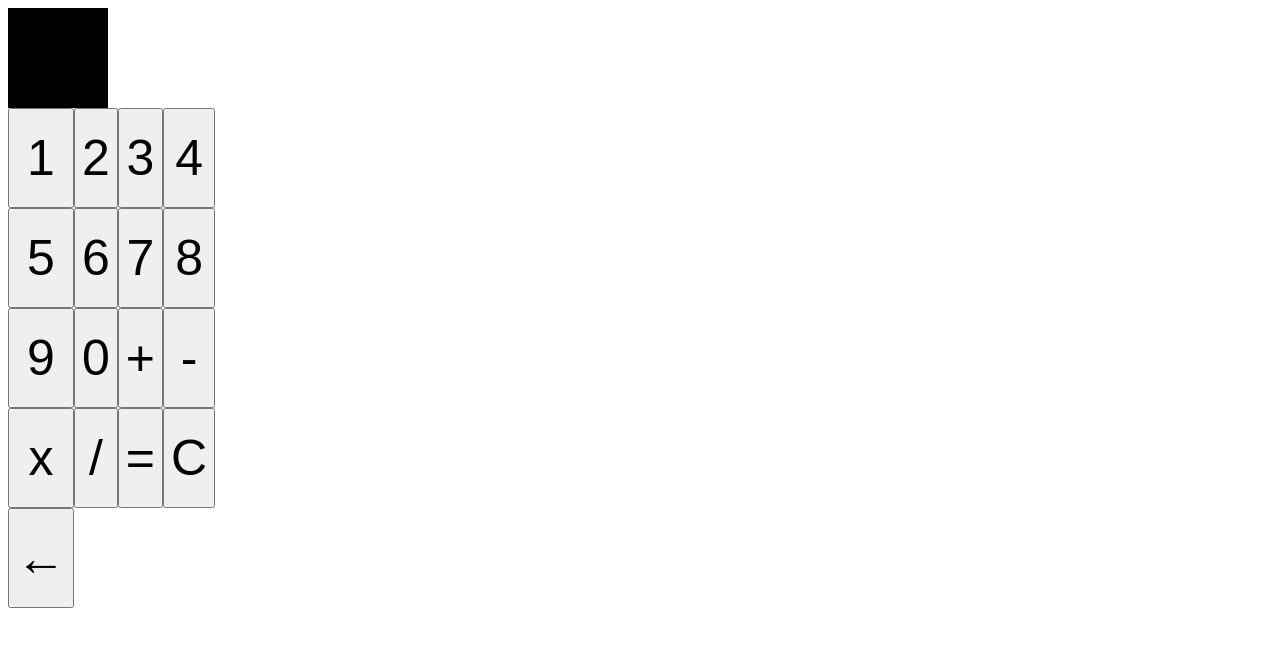
Repository: TEazy2433/LAB-calculator
Page: index.html
The author's editor kept a copy of each file at every save. The page is drawn from the files as they stood at one save, then again after the next save.
The browser window is 1280 px wide. The pictures show the whole page.

Above is the page before, as saved 2023-10-13 17:59:29.

### index.html
<!DOCTYPE html>
<html lang="en">
<head>
  <meta charset="UTF-8">
  <meta name="viewport" content="width=device-width, initial-scale=1.0">
  <title>calculator</title>
  <link rel="stylesheet" href="main.css">
</head>
<body>

  <div class="calculator">
    <div class="display">1</div>
    <div class="buttons">
      <button class="key">1</button>
      <button class="key">2</button>
      <button class="key">3</button>
      <button class="key">4</button>
      <button class="key">5</button>
      <button class="key">6</button>
      <button class="key">7</button>
      <button class="key">8</button>
      <button class="key">9</button>
      <button class="zero">0</button>
      <button class="operator">+</button>
      <button class="operator">-</button>
      <button class="operator">x</button>
      <button class="operator">/</button>
      <button class="operator">=</button>
      <button class="clear">C</button>
      <button class="Arrow">&#8592;</button>



    </div>
  </div>


</body>
</html>

### main.css
.calculator{
  width:100px;
}

.display{
  width: 100%;
  height: 100px;
  background: black;
  flex-wrap: flex;
  border: none;
}
.buttons{
  display: grid;
  grid-template-columns: repeat(4, 1fr);
  height: 500px;
  width: 800x;
}
button{
  font-size: 50px;
}

After the next save:
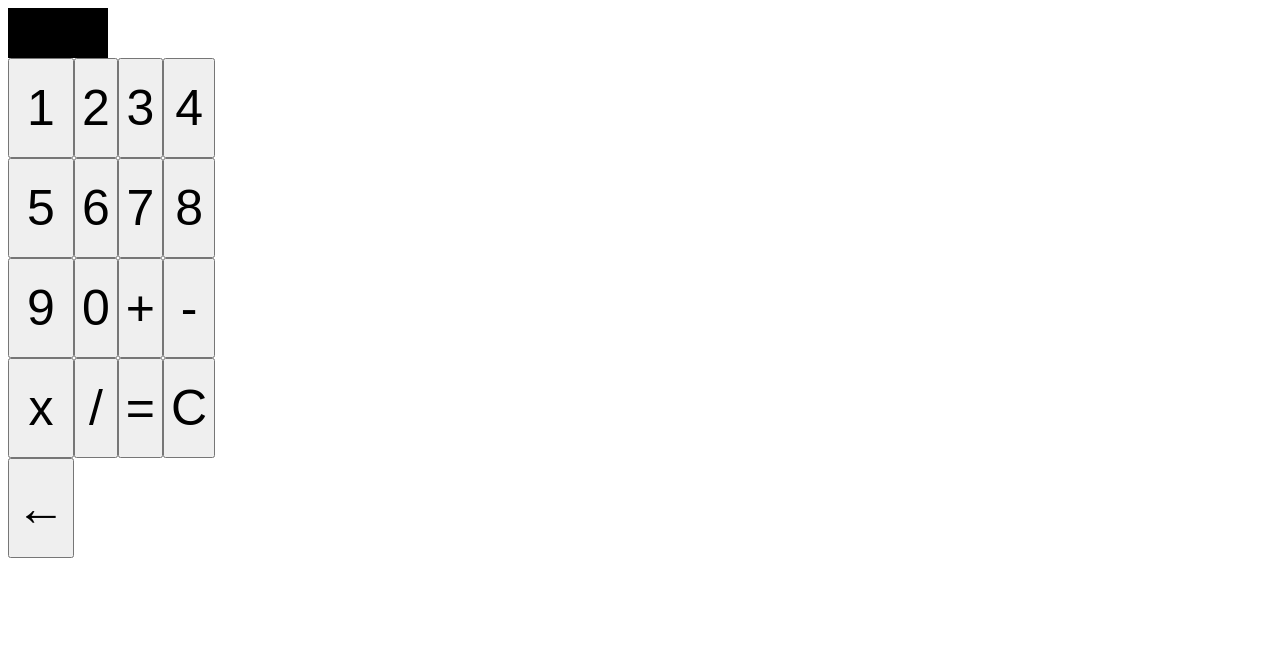
Saved 4 min 42 s later.
--- a/main.css
+++ b/main.css
@@ -4,10 +4,8 @@
 
 .display{
   width: 100%;
-  height: 100px;
+  height: 50px;
   background: black;
-  flex-wrap: flex;
-  border: none;
 }
 .buttons{
   display: grid;
